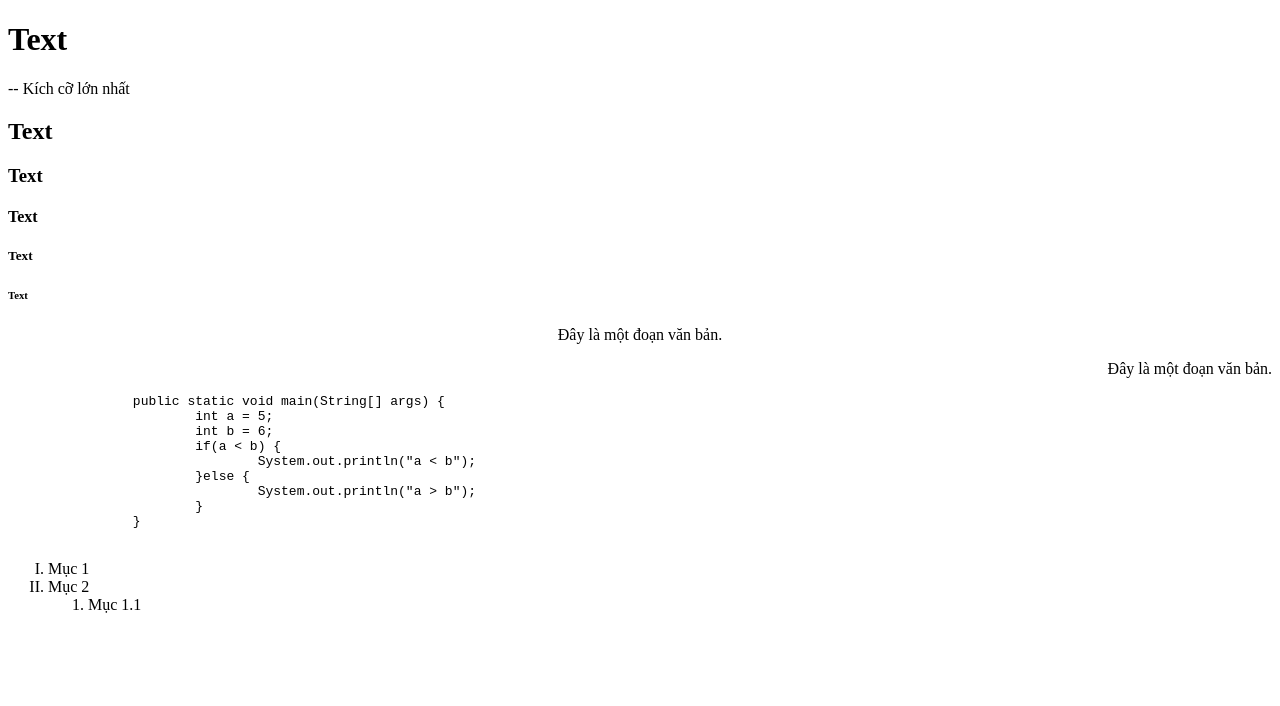
Repository: vnmk1/jsp_servlet-tutorials
Page: Bai2_HTML/src/main/webapp/vidu.html
An editor plug-in stored every save of this project. The page is shown before and after the next save, followed by the edit.
The browser window is 1280 px wide. The pictures show the whole page.

Above is the page before, as saved 2023-07-15 08:23:24.

After the next save:
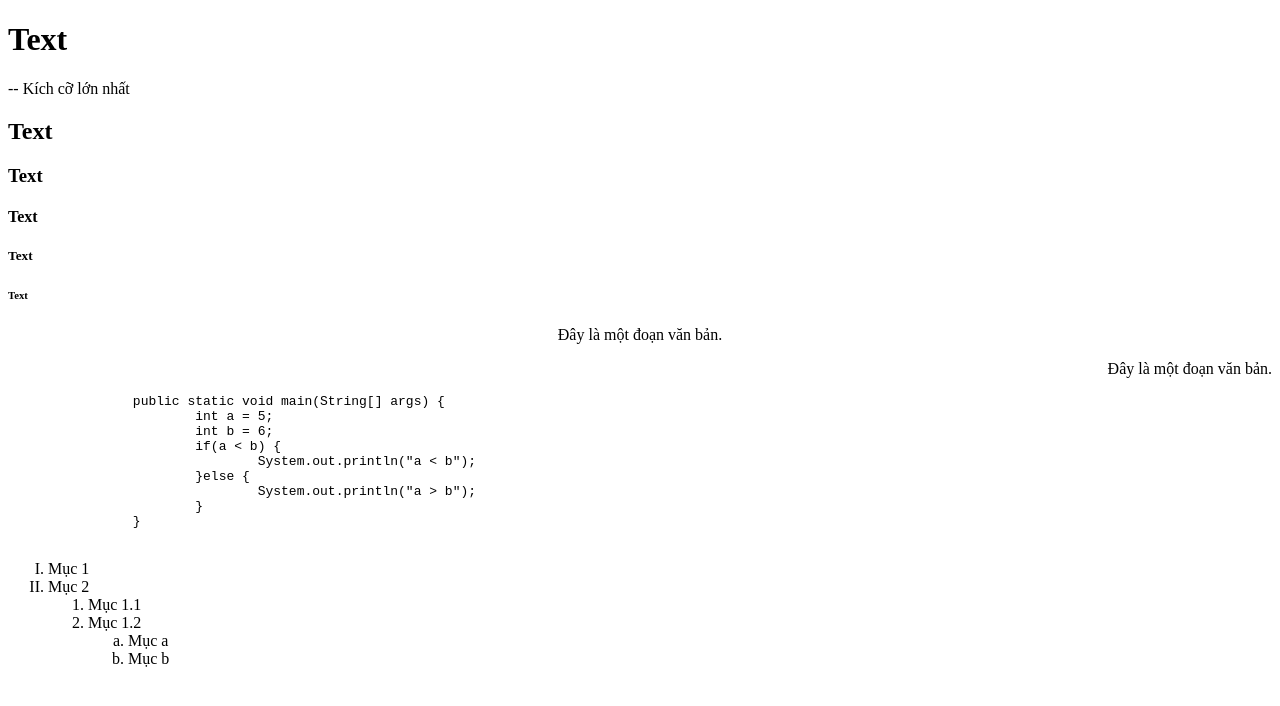
Saved 118 s later.
--- a/Bai2_HTML/src/main/webapp/vidu.html
+++ b/Bai2_HTML/src/main/webapp/vidu.html
@@ -41,6 +41,11 @@
 		<li>Mục 2</li>
 		<ol type="1">
 			<li>Mục 1.1</li>
+			<li>Mục 1.2</li>
+			<ol type="a">
+				<li>Mục a</li>
+				<li>Mục b</li>
+			</ol>
 		</ol>
 	</ol>
 
